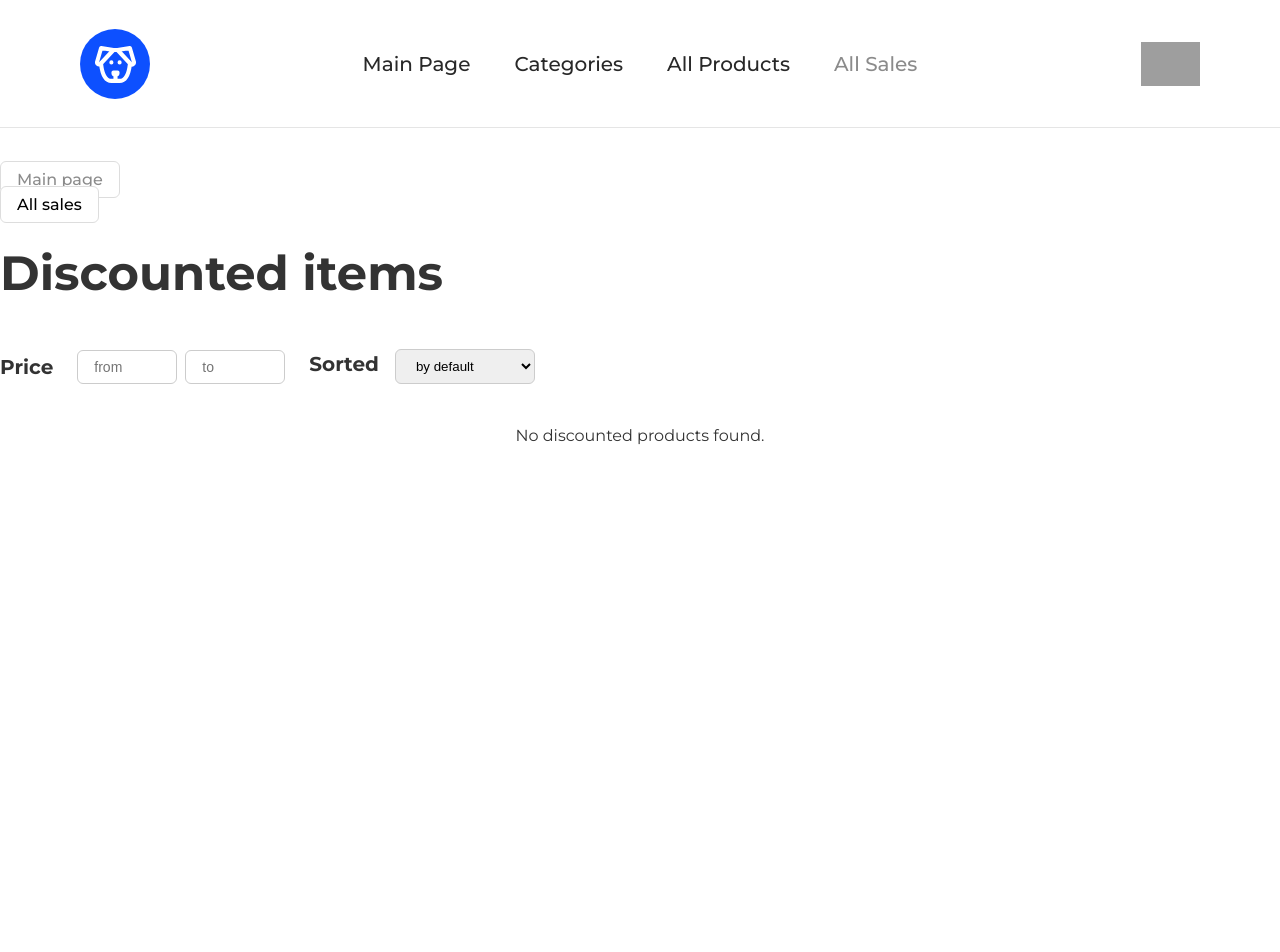
Repository: jursylian/PET-INTERNET-SHOP-PROJECT
Page: /discounts
The author's editor kept a copy of each file at every save. The page is drawn from the files as they stood at one save, then again after the next save.
The browser window is 1280 px wide. The pictures show the part of the page from y = 0 to 952 px (the page is 1912 px tall).
Pictures or frames that could not be fetched are drawn as grey boxes. The page's requests for data from a server got no answer. The project was rebuilt for these pictures with package versions that can differ from the ones it lists, and the page was loaded fresh each time. No one was signed in, and anything a server would have sent is missing. Also part of the build but not shown: vite.config.js, src/pages/Categories/Categories.module.css, src/pages/Categories/Categories.jsx, src/components/PromoBanner/PromoBanner.module.css, src/components/PromoBanner/PromoBanner.jsx, src/ui/Input/Input.module.css, src/ui/Input/Input.jsx, src/ui/Button/Button.module.css and 29 more.

Above is the page before, as saved 2025-11-06 14:36:03.

After the next save:
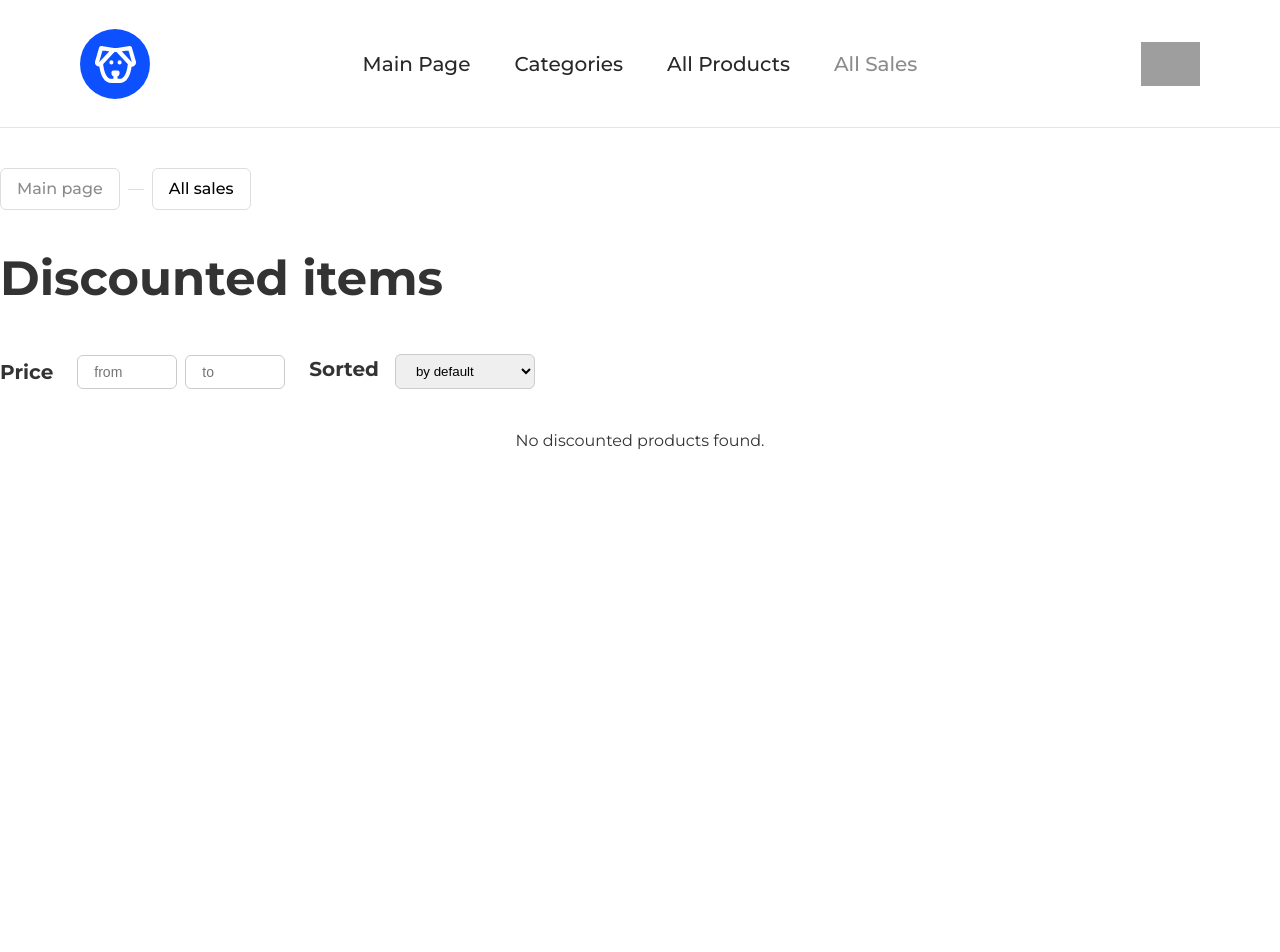
Saved 51 s later.
--- a/src/pages/AllSales/AllSales.module.css
+++ b/src/pages/AllSales/AllSales.module.css
@@ -6,9 +6,11 @@
   align-items: stretch;
 }
 
-.tabs {
+.breadcrumb {
   display: flex;
   align-items: center;
+  gap: 8px;
+  margin-bottom: 32px;
 }
 
 .tab {
@@ -43,9 +45,10 @@
 }
 
 .connector {
-  width: 32px;
+  width: 16px;
   height: 1px;
   background-color: #dddddd;
+  flex-shrink: 0;
 }
 
 .pageTitle {

After the save that followed:
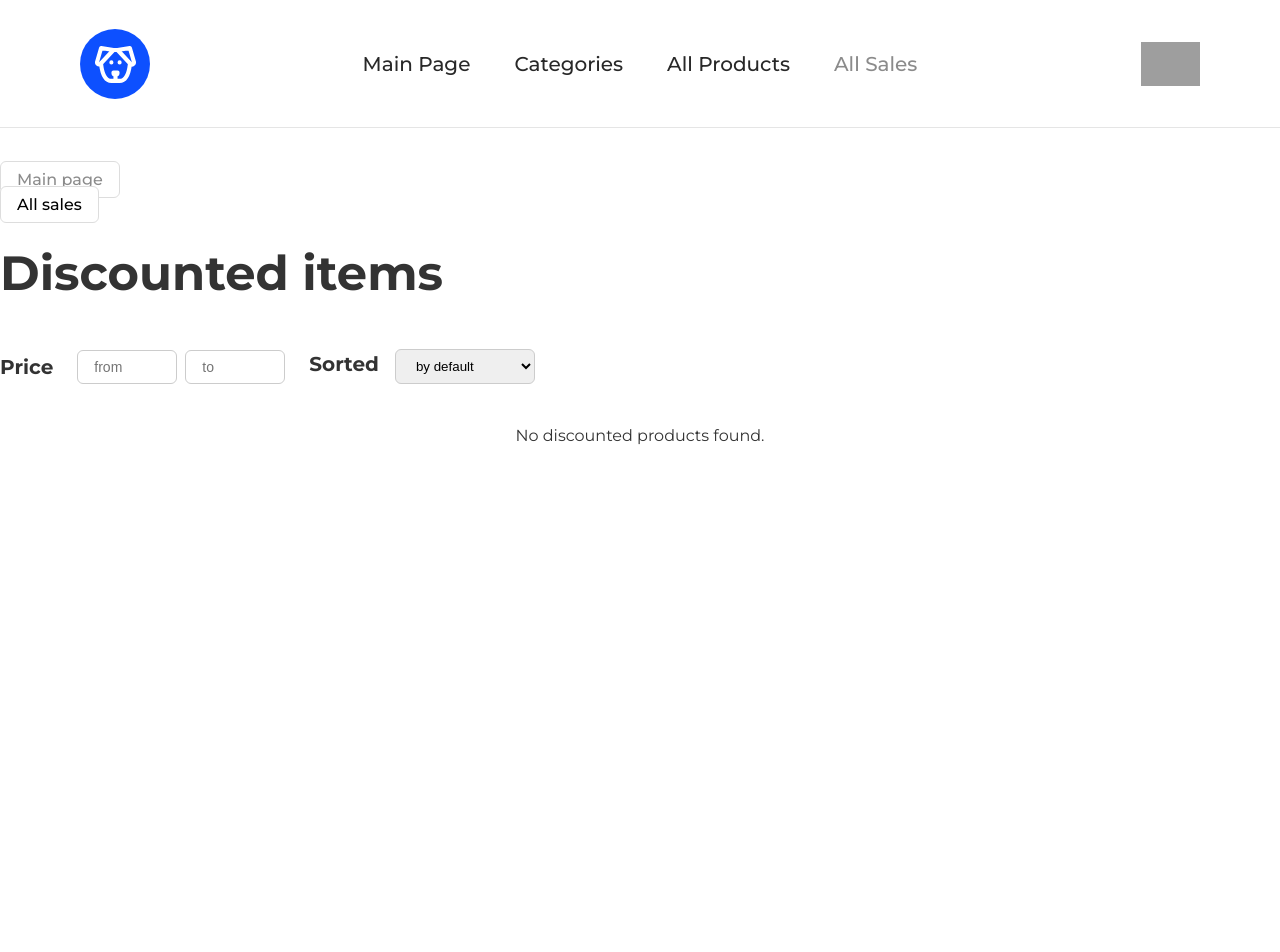
Saved 17 s later.
--- a/src/pages/AllSales/AllSales.module.css
+++ b/src/pages/AllSales/AllSales.module.css
@@ -4,13 +4,6 @@
   gap: 32px;
   justify-content: center;
   align-items: stretch;
-}
-
-.breadcrumb {
-  display: flex;
-  align-items: center;
-  gap: 8px;
-  margin-bottom: 32px;
 }
 
 .tab {
